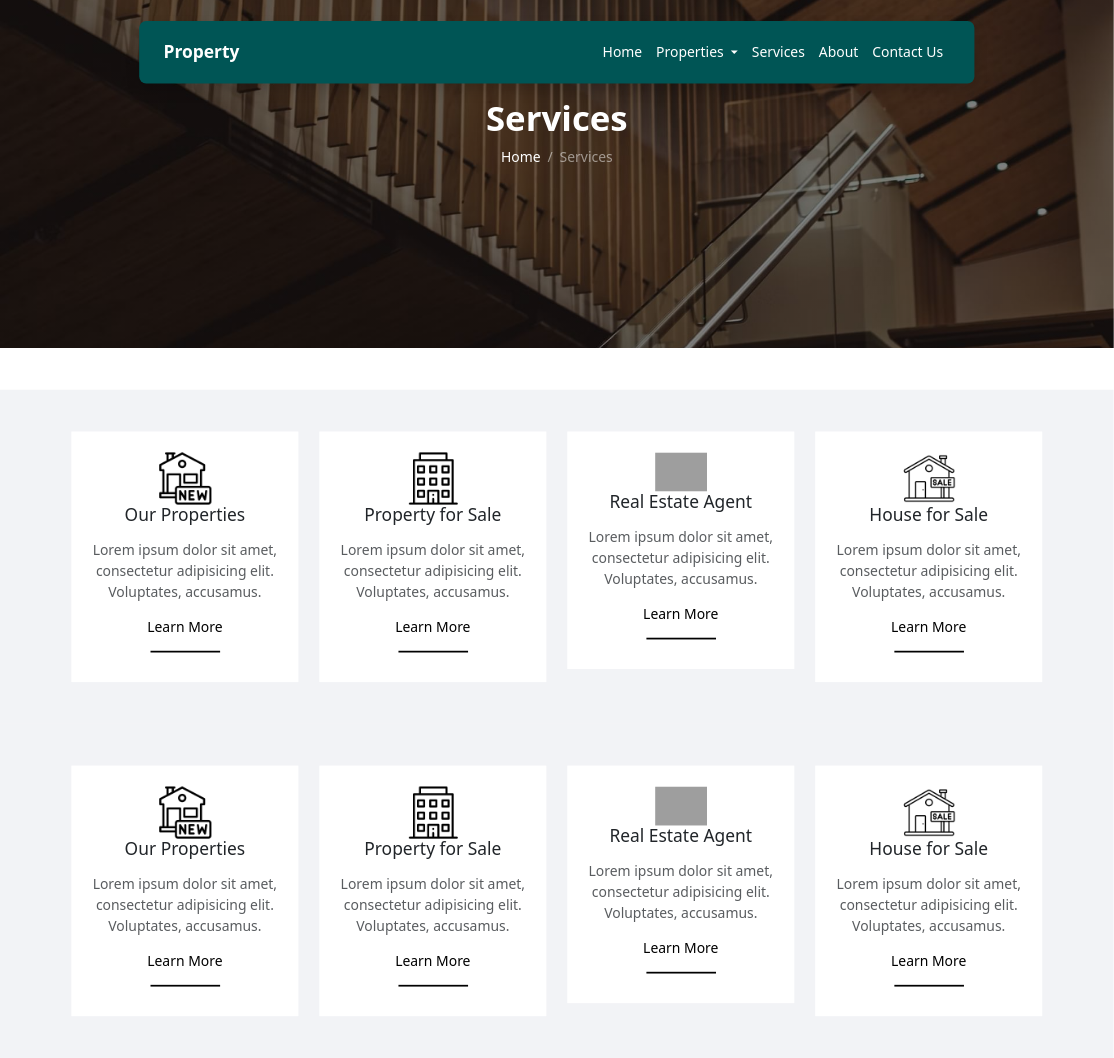
Repository: sameerrrrkhan911-git/Property
Page: service.html
The author's editor kept a copy of each file at every save. The page is drawn from the files as they stood at one save, then again after the next save.
The browser window is 1280 px wide. The pictures show the whole page, at 87% of full size.
Pictures or frames that could not be fetched are drawn as grey boxes. Some web libraries are served in a nearby version.

Above is the page before, as saved 2025-09-28 16:22:31.

### service.html
<!doctype html>
<html lang="en">

<head>
    <meta charset="utf-8">
    <meta name="viewport" content="width=device-width, initial-scale=1">
    <title>Property</title>

    <!--====== LINKS ========-->
    <link href="https://cdn.jsdelivr.net/npm/bootstrap@5.3.8/dist/css/bootstrap.min.css" rel="stylesheet">
    <link
        href="https://fonts.googleapis.com/css2?family=Montserrat:wght@400;600&family=Open+Sans:wght@400;600&display=swap"
        rel="stylesheet">
    <link href="https://unpkg.com/aos@2.3.1/dist/aos.css" rel="stylesheet">
    <link href="https://cdn.jsdelivr.net/npm/remixicon@4.5.0/fonts/remixicon.css" rel="stylesheet">
    <link href="https://cdnjs.cloudflare.com/ajax/libs/tiny-slider/2.9.4/tiny-slider.css" rel="stylesheet">
    <link rel="stylesheet" href="assets/css/style2.css">
    <link rel="stylesheet" href="assets/css/style.css">

</head>

<body>

    <!--=====HEADER=====-->
    <header>
        <section class="mb-5" id="Right-Step">
        <div class="bg-holder overlay overlay-elixir">
        </div>

        <!-- Navbar -->
        <nav
            class="navbar navbar-expand-lg green-color p-3 mt-4 sticky-top position-absolute top-0 start-50 translate-middle-x w-75 rounded-3 shadow">
            <div class="container-fluid">
                <!-- Brand -->
                <a class="navbar-brand text-white fw-bold" href="#">Property</a>

                <!-- Toggler for Mobile -->
                <button class="navbar-toggler bg-light" type="button">
                    <span class="navbar-toggler-icon"></span>
                </button>

                <!-- Navbar Links -->
                <div class="collapse navbar-collapse" id="navbarNavDropdown">
                    <ul class="navbar-nav ms-auto">
                        <li class="nav-item">
                            <a class="nav-link text-white active" aria-current="page" href="#">Home</a>
                        </li>
                        <li class="nav-item dropdown">
                            <a class="nav-link dropdown-toggle text-white" href="#" role="button"
                                data-bs-toggle="dropdown" aria-expanded="false">
                                Properties
                            </a>
                            <ul class="dropdown-menu">
                                <li><a class="dropdown-item" href="#">Action</a></li>
                                <li><a class="dropdown-item" href="#">Another action</a></li>
                                <li><a class="dropdown-item" href="#">Something else here</a></li>
                            </ul>
                        </li>
                        <li class="nav-item"><a class="nav-link text-white" href="service.html">Services</a></li>
                        <li class="nav-item"><a class="nav-link text-white" href="about.html">About</a></li>
                        <li class="nav-item"><a class="nav-link text-white" href="contact.html">Contact Us</a></li>
                    </ul>
                </div>
            </div>
        </nav>

        <!--/.bg-holder-->
        <div class="forbg py-5">
            <div class="container">

                <div class="row justify-content-center align-items-center">
          <div class="col-lg-9 text-center mt-5">
            <h1 class="heading aos-init aos-animate white mt-3 fw-bold" data-aos="fade-up">Services</h1>

            <nav aria-label="breadcrumb" data-aos="fade-up" data-aos-delay="200" class="aos-init aos-animate">
              <ol class="breadcrumb text-center justify-content-center">
                <li class="breadcrumb-item"><a href="index.html" style="color: white;">Home</a></li>
                <li class="ms-2 me-2 text-white-50" aria-current="page">
                  /
                </li>
                <li class="breadcrumb-item active text-white-50" aria-current="page">
                  Services
                </li>
              </ol>
            </nav>
          </div>
        </div>
            </div>
        </div><!-- end of .container-->
    </section>
    </header>

    <!--=====MAIN=====-->
<main>

<!-- Features -->

    <section class="features-1 py-5">
      <div class="container">
        <div class="row g-4">

          <div class="col-6 col-lg-3">
            <div class="white-bg box-feature p-4 text-center">
              <img src="./assets/images/new-house.png" alt="Bed" width="60">
              <h3 class="mb-3 fs-5">Our Properties</h3>
              <p class="text-muted">
                Lorem ipsum dolor sit amet, consectetur adipisicing elit.
                Voluptates, accusamus.
              </p>
              <p><a href="#" class="learn-more text-decoration-none black">Learn More</a></p>
              <div class="black-line"></div>
            </div>
          </div>

          <div class="col-6 col-lg-3">
            <div class="white-bg box-feature p-4 text-center">
              <img src="./assets/images/building (1).png" alt="Bed" width="60">
              <h3 class="mb-3 fs-5">Property for Sale</h3>
              <p class="text-muted">
                Lorem ipsum dolor sit amet, consectetur adipisicing elit.
                Voluptates, accusamus.
              </p>
              <p><a href="#" class="learn-more text-decoration-none black">Learn More</a></p>
              <div class="black-line"></div>
            </div>
          </div>

          <div class="col-6 col-lg-3">
            <div class="white-bg box-feature p-4 text-center">
              <img src="./assets/images/real-estate-agent.png" alt="Bed" width="60">
              <h3 class="mb-3 fs-5">Real Estate Agent</h3>
              <p class="text-muted">
                Lorem ipsum dolor sit amet, consectetur adipisicing elit.
                Voluptates, accusamus.
              </p>
              <p><a href="#" class="learn-more text-decoration-none black">Learn More</a></p>
              <div class="black-line"></div>
            </div>
          </div>

          <div class="col-6 col-lg-3">
            <div class="white-bg box-feature p-4 text-center">
              <img src="./assets/images/house-for-sale.png" alt="Bed" width="60">
              <h3 class="mb-3 fs-5">House for Sale</h3>
              <p class="text-muted">
                Lorem ipsum dolor sit amet, consectetur adipisicing elit.
                Voluptates, accusamus.
              </p>
              <p><a href="#" class="learn-more text-decoration-none black">Learn More</a></p>
              <div class="black-line"></div>
            </div>
          </div>

        </div>
      </div>
    </section>



    <section class="features-1 py-5">
      <div class="container">
        <div class="row g-4">

          <div class="col-6 col-lg-3">
            <div class="white-bg box-feature p-4 text-center">
              <img src="./assets/images/new-house.png" alt="Bed" width="60">
              <h3 class="mb-3 fs-5">Our Properties</h3>
              <p class="text-muted">
                Lorem ipsum dolor sit amet, consectetur adipisicing elit.
                Voluptates, accusamus.
              </p>
              <p><a href="#" class="learn-more text-decoration-none black">Learn More</a></p>
              <div class="black-line"></div>
            </div>
          </div>

          <div class="col-6 col-lg-3">
            <div class="white-bg box-feature p-4 text-center">
              <img src="./assets/images/building (1).png" alt="Bed" width="60">
              <h3 class="mb-3 fs-5">Property for Sale</h3>
              <p class="text-muted">
                Lorem ipsum dolor sit amet, consectetur adipisicing elit.
                Voluptates, accusamus.
              </p>
              <p><a href="#" class="learn-more text-decoration-none black">Learn More</a></p>
              <div class="black-line"></div>
            </div>
          </div>

          <div class="col-6 col-lg-3">
            <div class="white-bg box-feature p-4 text-center">
              <img src="./assets/images/real-estate-agent.png" alt="Bed" width="60">
              <h3 class="mb-3 fs-5">Real Estate Agent</h3>
              <p class="text-muted">
                Lorem ipsum dolor sit amet, consectetur adipisicing elit.
                Voluptates, accusamus.
              </p>
              <p><a href="#" class="learn-more text-decoration-none black">Learn More</a></p>
              <div class="black-line"></div>
            </div>
          </div>

          <div class="col-6 col-lg-3">
            <div class="white-bg box-feature p-4 text-center">
              <img src="./assets/images/house-for-sale.png" alt="Bed" width="60">
              <h3 class="mb-3 fs-5">House for Sale</h3>
              <p class="text-muted">
                Lorem ipsum dolor sit amet, consectetur adipisicing elit.
                Voluptates, accusamus.
              </p>
              <p><a href="#" class="learn-more text-decoration-none black">Learn More</a></p>
              <div class="black-line"></div>
            </div>
          </div>

        </div>
      </div>
    </section>

</main>

</body>

</html>

### assets/css/style.css
/* ==============================
   Root Variables
=================================*/
:root {
  --green-color: #005555;
   --heading-color: #2a3855;
}

.green-color {
  background-color: var(--green-color);
}

.green{
  color: var(--green-color);
}

.black{
  color: black;
}

.para{
  text-align: left;
}

.heading-color{
  color: var(--heading-color);
}

.z-9 {
  z-index: 9 !important;
}

.white {
  color: white;
}

.green-line{
   height: 2px;
  width: 120px;
 background-color: var(--green-color);
 margin-bottom: 10px;
}

.black-line{
   height: 2px;
  width: 80px;
 background-color: black;
 margin: 10px auto;
}

.white-bg{
  background-color: white;
}

.fs-6{
  font-size: 5px;
}

.marginn{
  margin-bottom: 30px;
}

.a{
  text-decoration: none;
}


.dark-grey{
  background-color: #cccccc;
}

.text-color{
  color: #909ba6;
}
/* ==============================
Header
=================================*/


/* Hero background */
.hero-header {
  background-image: url("../images/hero_bg_3.jpg") !important;
  background-repeat: no-repeat;
  background-position: center center;
  background-size: cover;
  min-height: 100vh;
  position: relative;
  display: flex;
  align-items: center;
}



/* Overlay */
.hero-header::before {
  content: "";
  position: absolute;
  top: 0;
  left: 0;
  width: 100%;
  height: 100%;
  background: rgba(0, 0, 0, 0.5);
  z-index: 0;
}

/* Keep hero text above overlay */
.hero {
  position: relative;
  z-index: 1;
}

/* White text */
.white {
  color: #fff !important;
}

/* Responsive adjustments */
@media (max-width: 768px) {
  nav.navbar {
    width: 90% !important;
    margin-top: 1rem !important;
    padding: 0.75rem 1rem !important;
  }

  .hero h1 {
    font-size: 1.75rem;
    line-height: 1.3;
  }

  .hero form {
    flex-direction: column !important;
    gap: 0.75rem;
  }

  .hero input {
    width: 100% !important;
  }

  .hero button {
    width: 100% !important;
  }
}

@media (max-width: 576px) {
  .hero h1 {
    font-size: 1.5rem;
  }
}

/* Popular properties */

.property-slider {
  overflow: hidden;
}

.property-item {
  background: #fff;
  border-radius: 8px;
  overflow: hidden;
}

.property-content {
  background: #fff;
  border-radius: 8px;
}

/* Features */

.features-1 {
    padding-top: 30px;
    position: relative;
    z-index: 8;
    text-align: center;
    background-color: rgba(0, 32, 74, 0.05);
}

/* ==========================
   Testimonials Section
========================== */

.sec-testimonials .heading {
  font-size: 2rem;
  font-weight: 700;
}

/* Prev/Next buttons */
#testimonial-nav {
  display: flex;
  gap: 10px;
}

#testimonial-nav span {
  cursor: pointer;
  font-size: 14px;
  color: #002855;
  background: #e9ecef;
  padding: 6px 14px;
  border-radius: 20px;
  transition: all 0.3s ease;
}

#testimonial-nav span:hover {
  background: #002855;
  color: #fff;
}

/* Testimonials layout */
.testimonial-slider {
  display: grid;
  grid-template-columns: repeat(auto-fit, minmax(300px, 1fr));
  gap: 40px;
  margin-top: 30px;
  text-align: center;
}

.testimonial {
  padding: 20px;
}

.testimonial img {
  width: 90px;
  height: 90px;
  object-fit: cover;
  margin-bottom: 15px;
  border: 3px solid #ddd;
}

.testimonial .rate {
  margin: 10px 0;
  font-size: 16px;
  color: #f1c40f;
}

.testimonial h3 {
  margin-bottom: 10px;
  font-size: 1.1rem;
  font-weight: 600;
}

.testimonial blockquote {
  font-style: italic;
  font-size: 0.95rem;
  color: #555;
  margin: 10px 0 15px;
}

.greyy{
  background-color: #efefef;
}

.testimonial p.text-muted {
  font-size: 0.85rem;
  color: #888;
}

.img-fluid {
   max-width: 100%;
    height: auto;
}

/* Call To Action */
.footer-cta {
  background: white ;
  padding: 50px;
}

.footer-cta .btn-primary {
  border-radius: 30px;
  font-size: 1.1rem;
  transition: all 0.3s ease;
}

.footer-cta .btn-primary:hover {
  background: #003f3f;
  transform: translateY(-3px);
  box-shadow: 0 6px 15px rgba(0,0,0,0.2);
}

/* Our Agents */
.section_1{
  background-color: #f8f9fa;
}

/* Agent Card */
.person {
  background: #fff;
  border-radius: 12px;
  padding: 60px 20px 30px;
  text-align: center;
  position: relative;
  box-shadow: 0 4px 20px rgba(0,0,0,0.05);
  transition: all 0.3s ease;
}

.person:hover {
  transform: translateY(-8px);
  box-shadow: 0 12px 30px rgba(0,0,0,0.1);
}

/* Profile Image */
.person img {
  width: 100px;
  height: 100px;
  object-fit: cover;
  border-radius: 50%;
  position: absolute;
  top: -50px;
  left: 50%;
  transform: translateX(-50%);
}

/* Text styling */
.person-contents h2 {
  margin-top: 60px;
  font-size: 1.2rem;
  font-weight: 600;
}

.person-contents .meta {
  font-size: 0.9rem;
  color: #6c757d;
  margin-bottom: 15px;
}

.person-contents p {
  font-size: 0.95rem;
  color: #555;
  margin-bottom: 20px;
}

/* Social icons */
.social a {
  display: inline-flex;
  justify-content: center;
  align-items: center;
  width: 40px;
  height: 40px;
  margin: 0 5px;
  border-radius: 50%;
  background: #002855;
  color: #fff;
  transition: all 0.3s ease;
  text-decoration: none;
}

.social a:hover {
  background: #005555;
}

h2 a {
  color: #000;
  text-decoration: none;
}

.roundd{

  border-radius: 50%;
  text-decoration: none;
  padding: 5px;
}

.font-color{
 color: #163060;
}

.forbg {
    height: 400px;
    background: linear-gradient(to bottom, rgba(0, 0, 0, 0.5), rgba(0, 0, 0, 0.5)), url(../images/hero_bg_1.jpg);
    background-size: cover;
    background-position: center;
}

a{
  text-decoration: none;
}

Loaded but not shown: assets/css/style2.css (library)

After the next save:
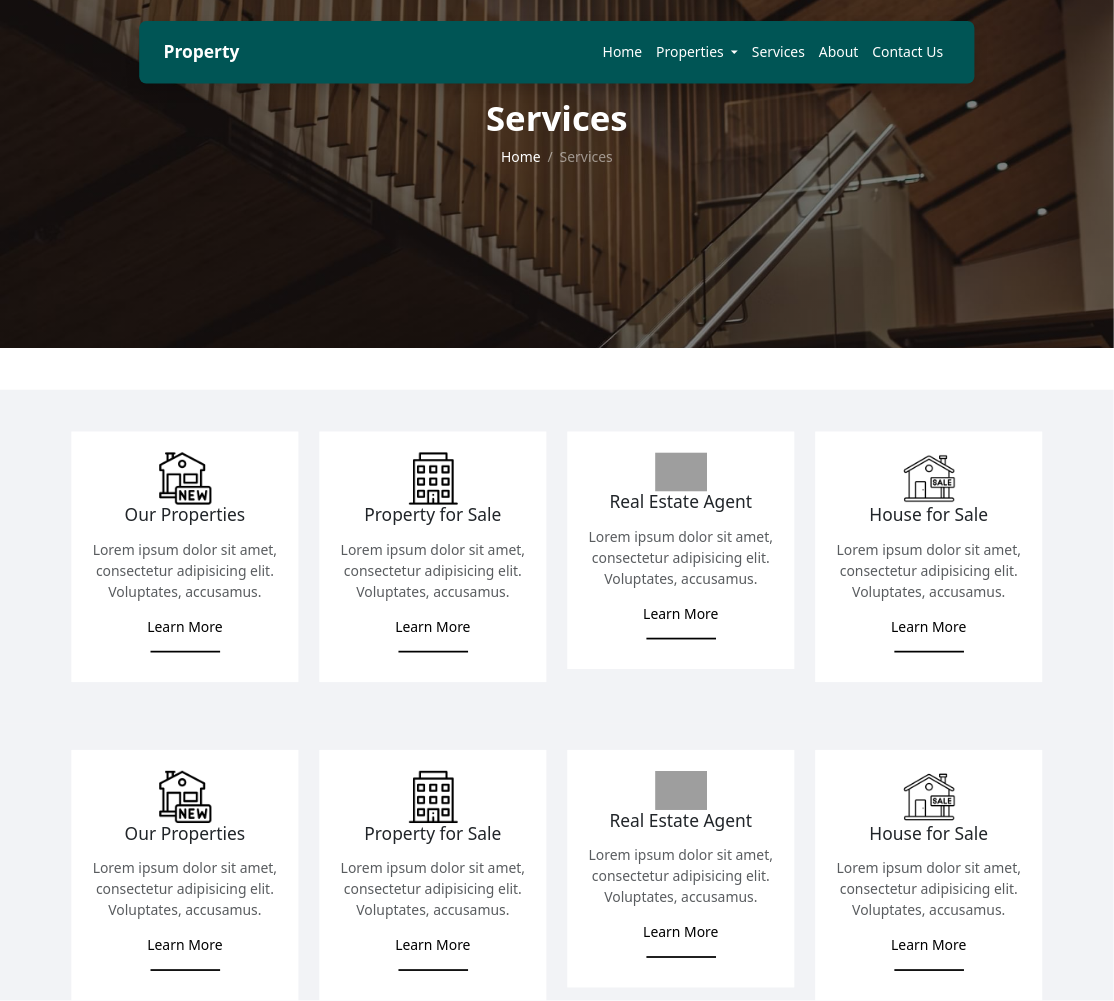
Saved 63 s later.
--- a/service.html
+++ b/service.html
@@ -157,7 +157,7 @@
 
 
 
-    <section class="features-1 py-5">
+    <section class="features-1">
       <div class="container">
         <div class="row g-4">
 
